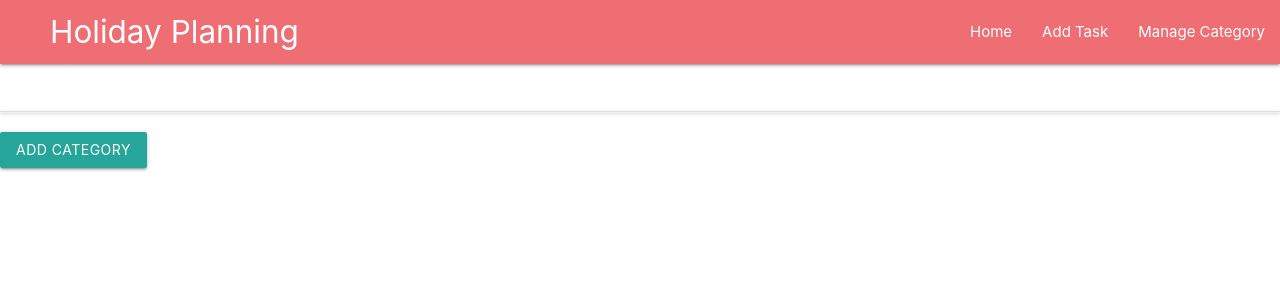
Repository: Code-Institute-Submissions/Project3-Holiday_Planning
Page: http://localhost/get_category
The author's editor kept a record of every edit. The page is drawn from the files as they stood at one moment, then again after the next edit.
The browser window is 1280 px wide. The pictures show the whole page.
Some web libraries are served in a nearby version. The page is served by the project's application, run on Flask 3 (app.py). Queries for data that is not in the repository find no rows.

Above is the page before.

### templates/category.html
{% extends 'layout.html' %} {% block content %}

<div class="add_category">
      <div class='row'>
          <div class='col'><h5>Category</h5></div>
      </div>
</div>


<div class="row">

    <ul class="collapsible ul_style data-collapsible=accordion content_container">

    {% for category in category %}
    <li>

        <div class="collapsible-header">
              <div class = "category_side"></div>
              <a href="{{url_for('edit_category', category_id=category._id)}}" class="waves-effect waves-light btn blue-grey">Edit</a>
              <div class="divider"></div>
              <a href="{{url_for('delete_category', category_id=category._id)}}" class="waves-effect waves-light btn grey">Delete</a>

              <div class="task_header col s9">
                <strong>{{category.category_name}}</strong>
              </div>

        </div>
    </li>
    {% endfor %}

  </ul>

</div>

<div class="add_caregory_button">
<div class="row">

    <div class="button_margin"></div>
    <a href="{{url_for('add_category')}}" class="waves-effect waves-light btn">Add Category</a>
</div>

<div class="to_do_list">
  <div class='row'>
      <div class='col'><h5>To-Do List</h5></div>
      <div class='col'>

{% endblock %}

### templates/layout.html
<!DOCTYPE html>
<html>

<head>
        <link href="https://fonts.googleapis.com/icon?family=Material+Icons" rel="stylesheet">
        <link rel="stylesheet" href="https://cdnjs.cloudflare.com/ajax/libs/materialize/1.0.0/css/materialize.min.css">
        <link rel="stylesheet" href="{{url_for('static', filename='css/style.css')}}" type="text/css"/>
</head>


<body>
    <header>
        <nav>
            <div class="nav-wrapper">
                <a href="{{url_for('get_tasks')}}" class="brand-logo">Holiday Planning</a>
                <a href="#" data-activates="mobile-demo" class="sidenav-trigger"><i class="material-icons">menu</i></a>

                <ul id="nav-mobile" class="right hide-on-med-and-down">
                    <li><a href="{{url_for('get_tasks')}}">Home</a></li>
                    <li><a href="{{url_for('add_task')}}">Add Task</a></li>
                    <li><a href="{{url_for('get_category')}}">Manage Category</a></li>
                </ul>

                <!--extended hamburger navbar added for mobile-->
                <ul class="sidenav" id="mobile-demo">

                    <li><a href="{{url_for('get_tasks')}}">Home</a></li>
                    <li><a href="{{url_for('add_task')}}">Add Task</a></li>
                    <li><a href="{{url_for('get_category')}}">Manage Category</a></li>
                </ul>
            </div>
        </nav>
    </header>

    <div>
        {% block content %} {% endblock %}
    </div>


    <!--<script src="https://cdnjs.cloudflare.com/ajax/libs/jquery/3.4.1/jquery.min.js"></script>-->
   <script <script type="text/javascript" src="https://code.jquery.com/jquery-2.1.1.min.js"></script>
    <script src="https://cdnjs.cloudflare.com/ajax/libs/materialize/1.0.0/js/materialize.min.js"></script>

    <!--to perform the collapsible, datepicker and select option function-->
    <script type="text/javascript">
        $(document).ready(function(){
            $('.collapsible').collapsible();
            $('.datepicker').datepicker({
                format:'dd/mm/yyyy'
            });
            $('select').formSelect();
            $('.sidenav').sidenav();

        });

        // $('.datepicker').pickadate({
        //     selectMonths: true, // Creates a dropdown to control month
        //     selectYears: 15, // Creates a dropdown of 15 years to control year,
        //     today: 'Today',
        //     clear: 'Clear',
        //     close: 'Ok',
        //     closeOnSelect: false // Close upon selecting a date,
        // });

        </script>


        {%block extra_js%}{%endblock%}
</body>

</html>

### app.py
import os
from flask import Flask, render_template, redirect, request, url_for
from flask_pymongo import PyMongo
from bson.objectid import ObjectId


app = Flask(__name__)
app.config["MONGO_DBNAME"] = 'holiday_planning'
app.config["MONGO_URI"] = 'mongodb+srv://root:es1234@cluster0-dio8w.mongodb.net/holiday_planning?retryWrites=true&w=majority'
mongo = PyMongo(app)


# Function to display landing page
@app.route('/')
def index():
    return render_template("tasks.html", tasks=mongo.db.tasks.find())


# T1 - Fetch data in mongodb pass it back to tasks.html
@app.route('/get_tasks')
def get_tasks():
    tasks=mongo.db.tasks.find()
    print(tasks)
    return render_template("tasks.html",
                           tasks=tasks)



# T2 & T3 - After add_task, must follow by insert_task
@app.route('/add_task')
def add_task():
    return render_template('addTask.html',
                            category=mongo.db.category.find())


@app.route('/insert_task', methods=['POST'])
def insert_task():
    tasks = mongo.db.tasks
    tasks.insert_one(request.form.to_dict())
    return redirect(url_for('get_tasks'))



# T4 & T5 - After edit_task, must follow by update_task
@app.route('/edit_task/<task_id>')
def edit_task(task_id):
    the_task =  mongo.db.tasks.find_one({"_id": ObjectId(task_id)})
    all_category =  mongo.db.category.find()
    return render_template('editTask.html', task=the_task,
                           category=all_category)


@app.route('/update_task/<task_id>', methods=["POST"])
def update_task(task_id):
    tasks = mongo.db.tasks
    tasks.update( {'_id': ObjectId(task_id)},
    {
        'category_name':request.form.get('category_name'),
        'task_name':request.form.get('task_name'),
        'task_description': request.form.get('task_description'),
        'person_in-charge': request.form.get('person_in-charge'),
        'website': request.form.get('website'),
        'due_date': request.form.get('due_date'),
        'is_urgent':request.form.get('is_urgent')
    })
    return redirect(url_for('get_tasks'))


# T6 - Delete task from the get_tasks page
@app.route('/delete_task/<task_id>')
def delete_task(task_id):
    mongo.db.tasks.remove({'_id': ObjectId(task_id)})
    return redirect(url_for('get_tasks'))



# CATEGORY

# C1 - Function to fetch all our data in mongodb pass it back to category.html
@app.route('/get_category')
def get_category():
    return render_template("category.html",
                            category=mongo.db.category.find())



# C2 & C3 - After add_category, must follow by insert_category
@app.route('/add_category')
def add_category():
    return render_template('addCategory.html')


@app.route('/insert_category', methods=['POST'])
def insert_category():
    category_doc = {'category_name': request.form.get('category_name')}
    mongo.db.category.insert_one(category_doc)
    return redirect(url_for('get_category'))



# C4 & C5 - After edit_category, must follow by update_category
@app.route('/edit_category/<category_id>')
def edit_category(category_id):
    return render_template('editCategory.html',
    category=mongo.db.category.find_one({'_id': ObjectId(category_id)}))


@app.route('/update_category/<category_id>', methods=['POST'])
def update_category(category_id):
    mongo.db.category.update(
        {'_id': ObjectId(category_id)},
        {'category_name': request.form.get('category_name')})
    return redirect(url_for('get_category'))



# C6 - Delete category from the Manage Category page
@app.route('/delete_category/<category_id>')
def delete_category(category_id):
    mongo.db.category.remove({'_id': ObjectId(category_id)})
    return redirect(url_for('get_category'))



# Boiler plate - must include at the end of app.py
if __name__ == '__main__':
    app.run(host=os.environ.get('IP'),
            port=int(os.environ.get('PORT')),
            debug=True)

### static/css/style.css
/*tasks.html*/

.all_task_navi{
    margin-bottom: 0px;
}


.allTask,
.addTask,
.category{
    /*color: white;*/
    height:50px;
    background-color: #f5a3a7;
    vertical-align: baseline;
    padding-top: 10px;
    margin-bottom: 0px;
    padding-bottom: 50px;
}



/*category*/
.ul_style {
   margin: 0px;
}


.btn_small {
    height: 24px;
    width: 60px;
    line-height: 24px;
    margin: 5px 100px;
    padding: 0px 100px;
}


/*Add Task Page*/
.submit_btn{
    margin-left: 200px;
}




.divider{
    width:10px;
    border:none;

}


.task_name{
   padding: 50px 0px 0px 0px;
}


.nav-wrapper,
h5{
    margin: 0px;
    padding:0px 0px 0px 50px;
    color: white;
}

After the next edit:
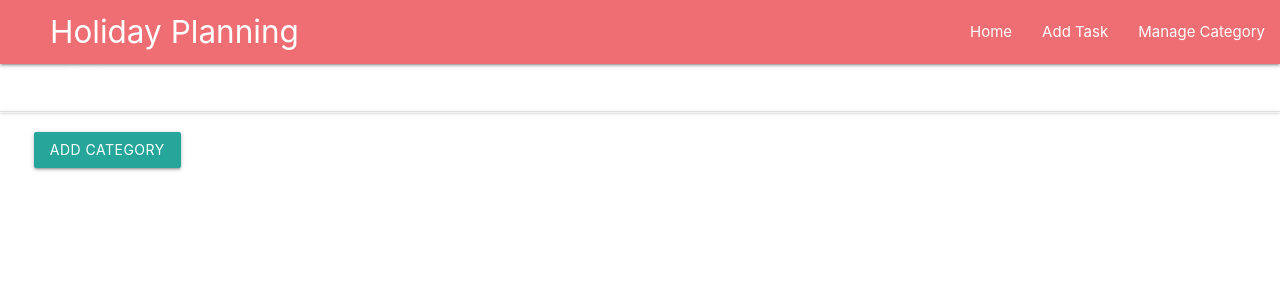
The edit:
--- a/templates/category.html
+++ b/templates/category.html
@@ -34,9 +34,8 @@
 
 <div class="add_caregory_button">
 <div class="row">
-
-    <div class="button_margin"></div>
-    <a href="{{url_for('add_category')}}" class="waves-effect waves-light btn">Add Category</a>
+    <div class='col width'></div>
+    <div class='col'><a href="{{url_for('add_category')}}" class="waves-effect waves-light btn">Add Category</a></div>
 </div>
 
 <div class="to_do_list">
